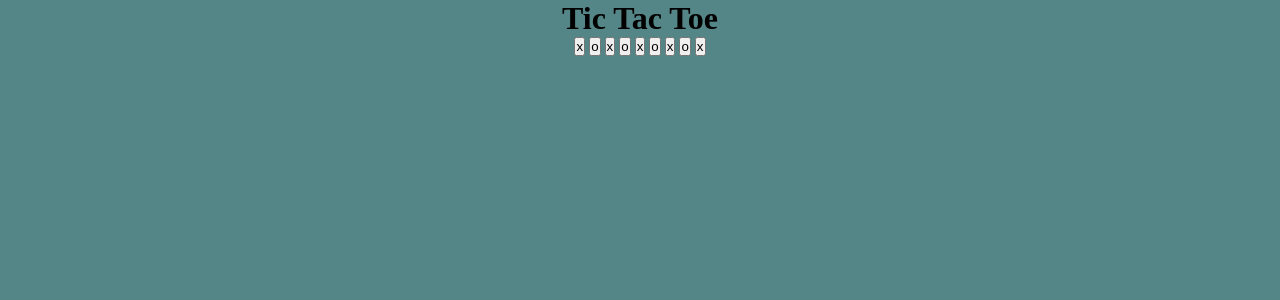
Repository: Mohitkumar1322/FrontendPracticee
Page: TicTacToeProject/index.html
The author's editor kept a copy of each file at every save. The page is drawn from the files as they stood at one save, then again after a run of saves.
The browser window is 1280 px wide. The pictures show the whole page.

Above is the page before, as saved 2025-07-21 18:43:03.

After the next 2 saves:
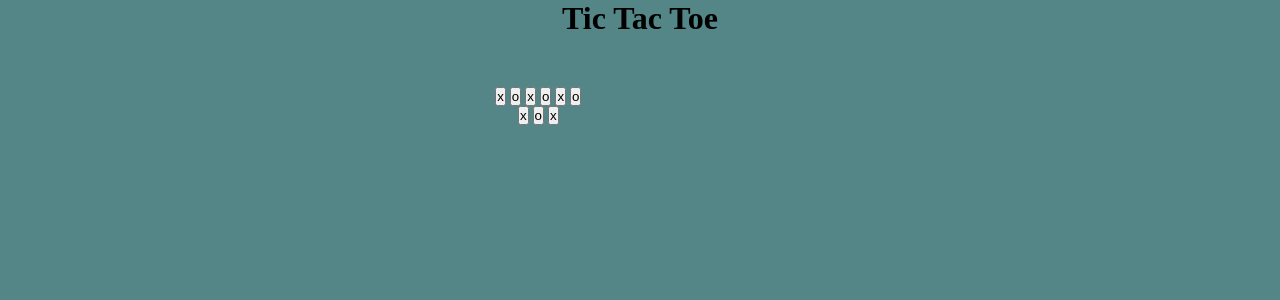
The 2 saves are shown as one change because they came seconds apart.
The last was saved 30 s later.
--- a/TicTacToeProject/style.css
+++ b/TicTacToeProject/style.css
@@ -7,3 +7,12 @@
     background-color: #548687;
     text-align: center;
 }
+.container{
+    width: 300px;
+    height: 300px;
+    display: grid;
+    grid-template-columns: repeat(3, 1fr);
+    grid-template-rows: repeat(3, 1fr);
+    gap: 5px;
+    margin: 50px auto;
+}
